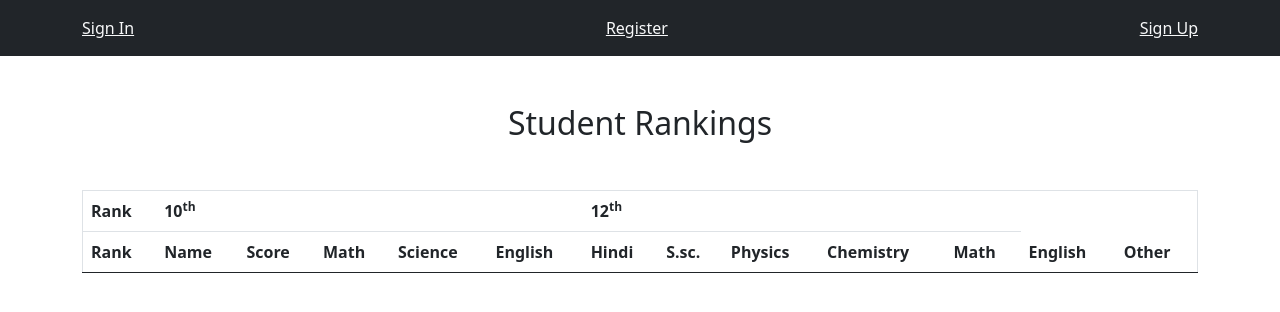
Repository: akankshaajoshi/student-counselling-application
Page: templates/registration/rankings.html
An editor plug-in stored every save of this project. The page is shown before and after the next save, followed by the edit.
The browser window is 1280 px wide. The pictures show the whole page.
The template is drawn by Django 3.2. The application's start-up code is not run. The template is opened directly, without the code that normally fills it, so the values that code supplies are empty.

Above is the page before, as saved 2024-04-25 13:41:41.

After the next save:
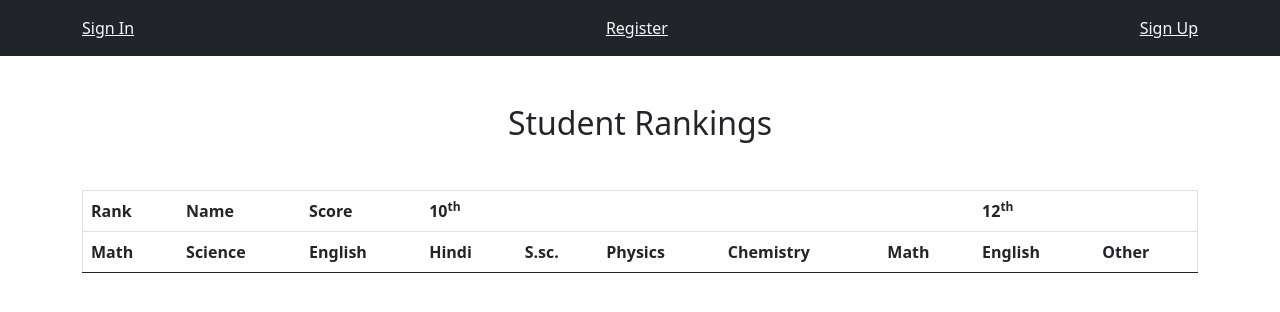
Saved 14 s later.
--- a/templates/registration/rankings.html
+++ b/templates/registration/rankings.html
@@ -14,13 +14,12 @@
     <thead class="thead-dark">
       <tr>
         <th>Rank</th>
+        <th scope="col">Name</th>
+        <th scope="col">Score</th>
         <th colspan="5">10<sup>th</sup></th>
         <th colspan="5">12<sup>th</sup></th>
       </tr>
       <tr>
-        <th scope="col">Rank</th>
-        <th scope="col">Name</th>
-        <th scope="col">Score</th>
         <th scope="col">Math</th>
         <th scope="col">Science</th>
         <th scope="col">English</th>
